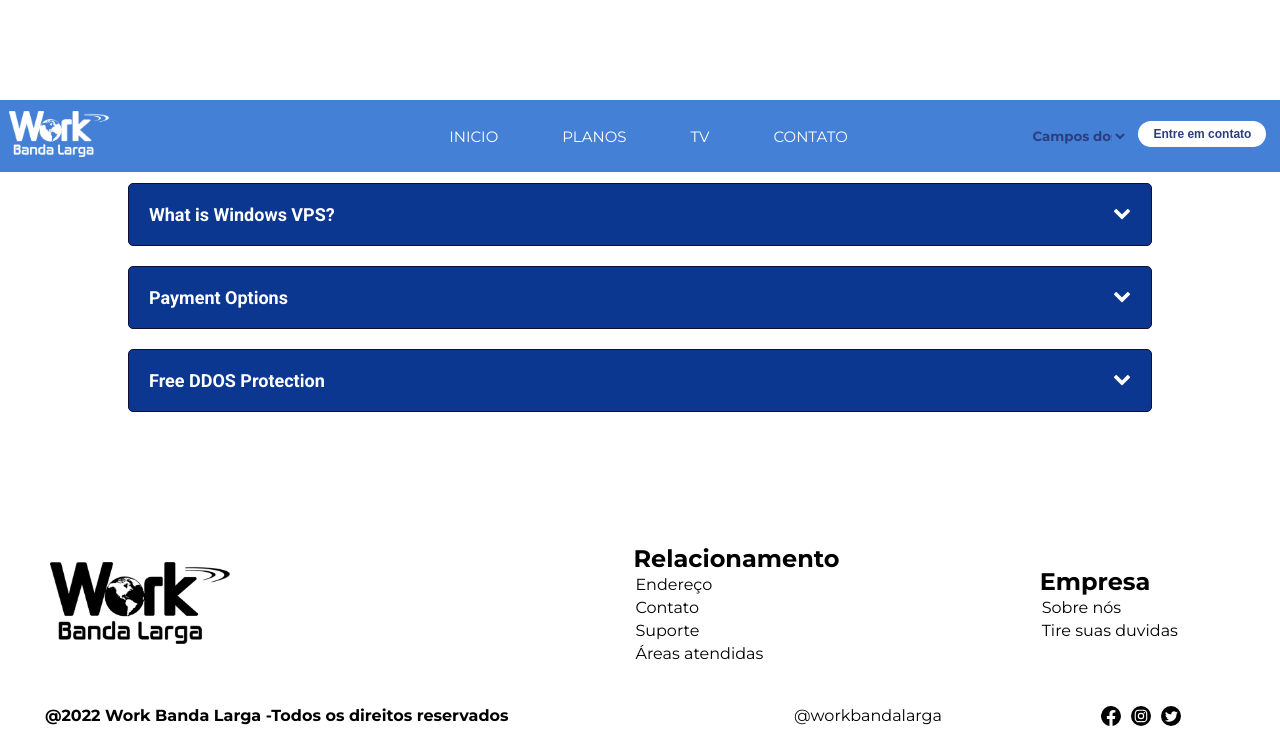
Repository: mateus-henrique-silva/WorkBandaLarga
Page: site_work/src/Pages/faq.html
These files come from the project's save history. The page is drawn as it stood at one moment and after the next save; the edit follows.
The browser window is 1280 px wide. The pictures show the whole page.
Some web fonts or font styles are not loaded; a fallback is used. Some web libraries are served in a nearby version.

Above is the page before, as saved 2022-09-20 10:06:16.
Console error: ReferenceError: $ is not defined

After the next save:
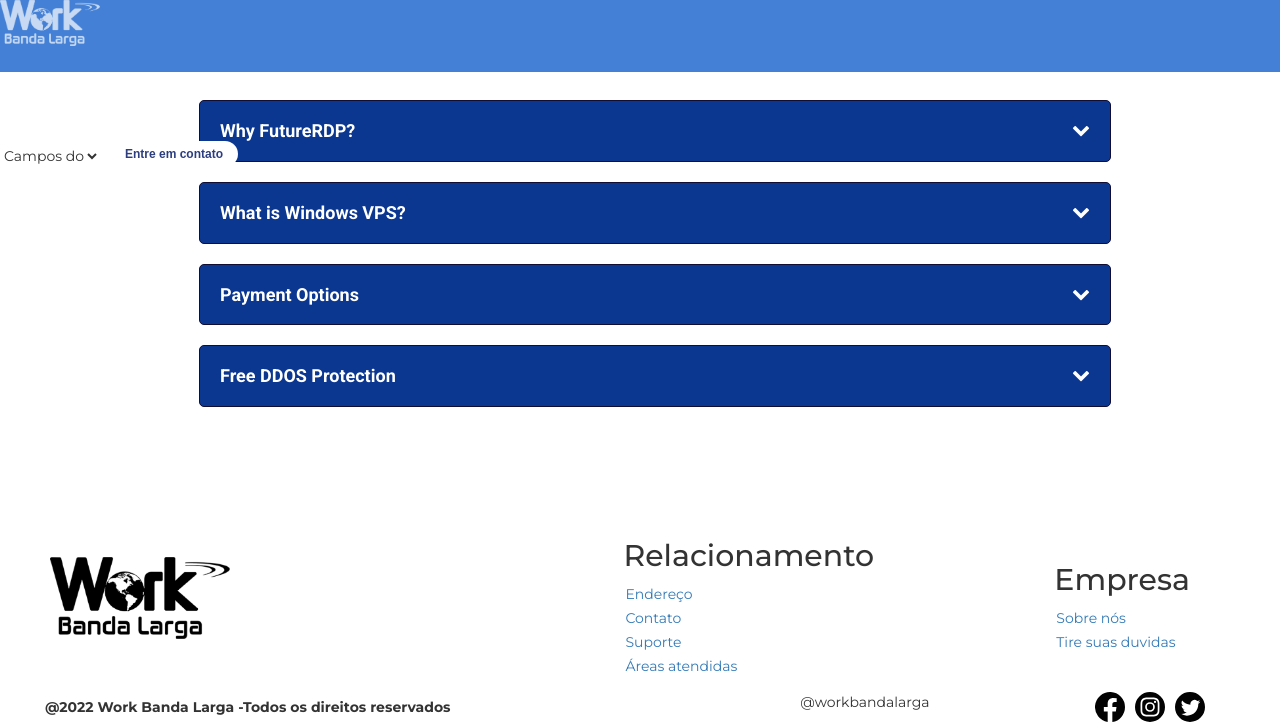
The error is gone.
Saved 16 s later.
--- a/site_work/src/Pages/faq.html
+++ b/site_work/src/Pages/faq.html
@@ -9,8 +9,8 @@
     <link rel="stylesheet" href="../CSS/Header/style.css" />
     <link rel="stylesheet" href="../CSS/Footer/Style.css" />
     <link rel="stylesheet" href="https://maxcdn.bootstrapcdn.com/font-awesome/4.7.0/css/font-awesome.min.css">
- <!-- <link href="https://maxcdn.bootstrapcdn.com/bootstrap/3.3.7/css/bootstrap.min.css" rel="stylesheet">
- <script src="https://ajax.googleapis.com/ajax/libs/jquery/1.11.1/jquery.min.js" charset="utf-8"></script> -->
+ <link href="https://maxcdn.bootstrapcdn.com/bootstrap/3.3.7/css/bootstrap.min.css" rel="stylesheet">
+ <script src="https://ajax.googleapis.com/ajax/libs/jquery/1.11.1/jquery.min.js" charset="utf-8"></script>
  <style media="screen">
  html{
   height:100vh;
